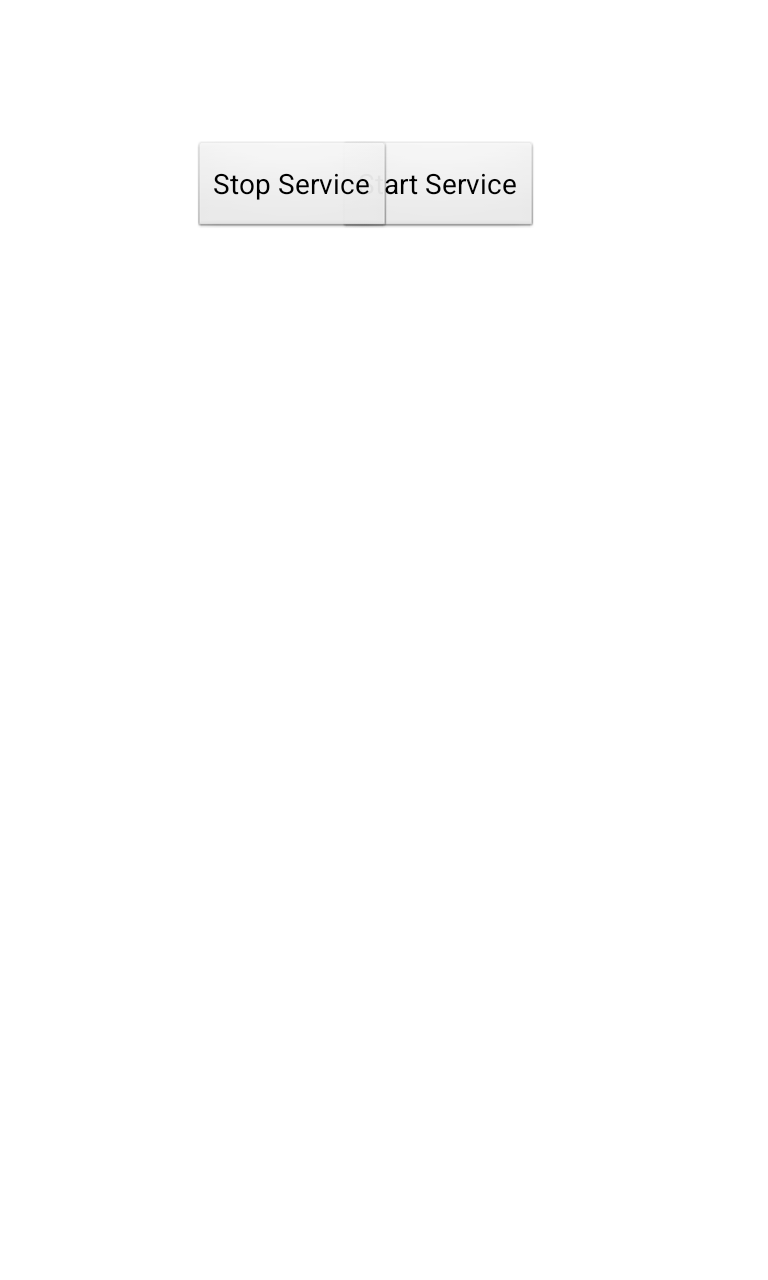
Repository: terraego/Wifidroid
Layout: server/res/layout/activity_wifi_droid_server.xml
The author's editor kept a copy of each file at every save. The layout is drawn from the files as they stood at one save, then again after the next save.
It is drawn on a 768 x 1280 px phone screen (xhdpi) without system bars, with theme AppTheme; the app's code is not run.

Above is the layout before, as saved 2012-07-06 15:24:11.

After the next save:
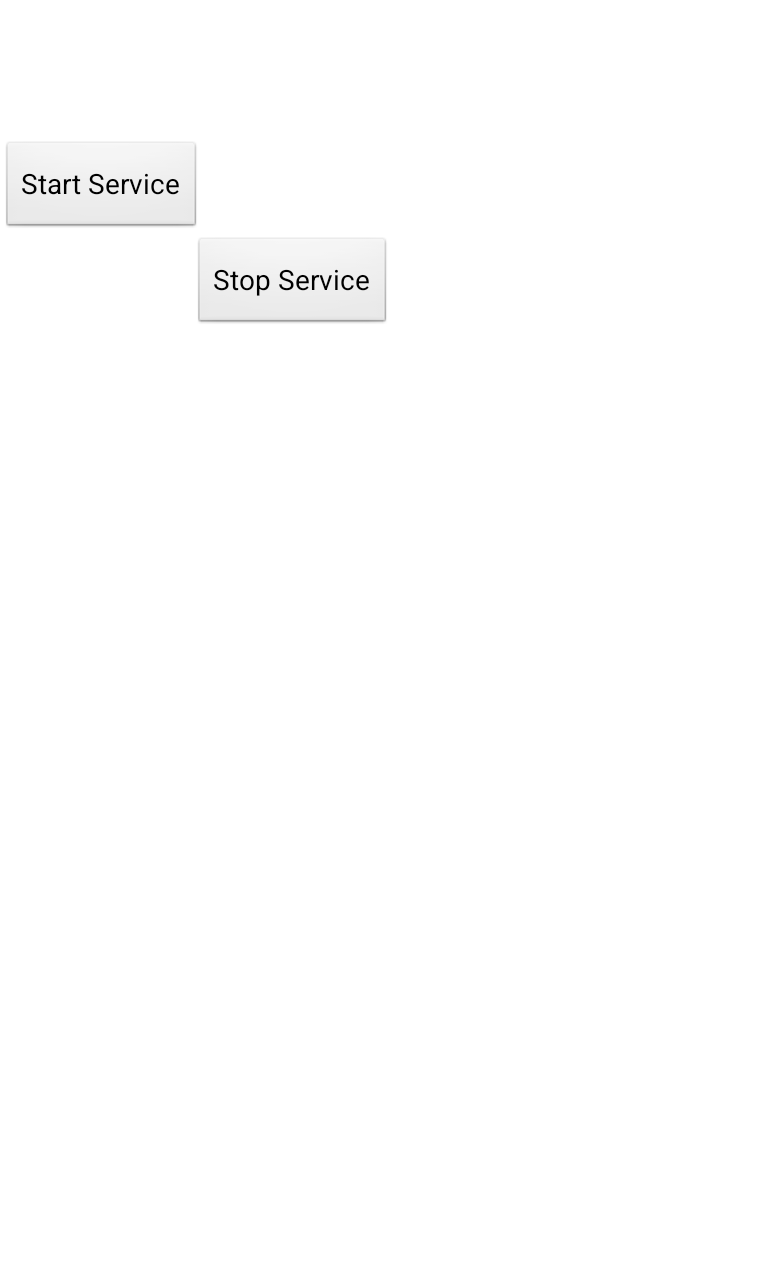
Saved 28 s later.
--- a/server/res/layout/activity_wifi_droid_server.xml
+++ b/server/res/layout/activity_wifi_droid_server.xml
@@ -1,15 +1,14 @@
-<RelativeLayout xmlns:android="http://schemas.android.com/apk/res/android"
+<LinearLayout xmlns:android="http://schemas.android.com/apk/res/android"
     xmlns:tools="http://schemas.android.com/tools"
-    android:id="@+id/RelativeLayout"
+    android:id="@+id/LinearLayout1"
     android:layout_width="match_parent"
-    android:layout_height="match_parent" >
+    android:layout_height="match_parent"
+    android:orientation="vertical" >
 
     <Button
         android:id="@+id/startService"
         android:layout_width="wrap_content"
         android:layout_height="wrap_content"
-        android:layout_alignParentRight="true"
-        android:layout_alignParentTop="true"
         android:layout_marginRight="114dp"
         android:layout_marginTop="70dp"
         android:text="@string/StartService" />
@@ -18,10 +17,7 @@
         android:id="@+id/stopService"
         android:layout_width="wrap_content"
         android:layout_height="wrap_content"
-        android:layout_alignBaseline="@+id/startService"
-        android:layout_alignBottom="@+id/startService"
-        android:layout_alignParentLeft="true"
         android:layout_marginLeft="96dp"
         android:text="@string/StopService" />
 
-</RelativeLayout>
+</LinearLayout>
